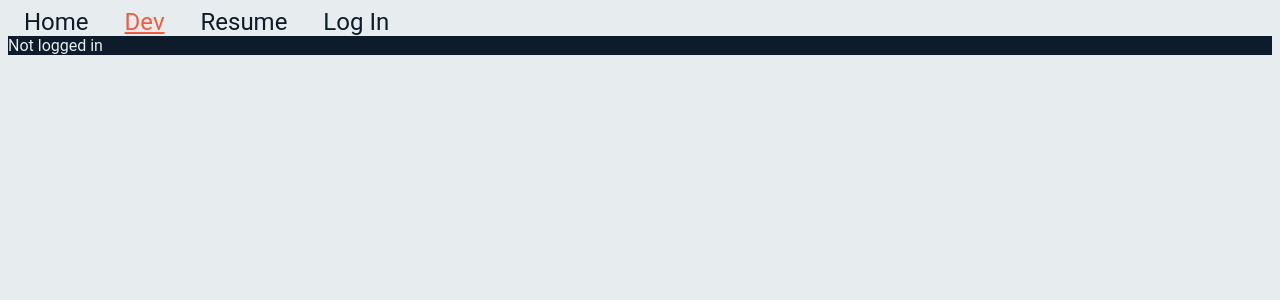
Repository: eghere-bsu/ethanghere-website
Page: http://localhost/dev.php
The author's editor kept a copy of each file at every save. The page is drawn from the files as they stood at one save, then again after the next save.
The browser window is 1280 px wide. The pictures show the whole page.
The page is run by PHP 8.4 with error messages shown; the project is at /var/www/html/.

Above is the page before, as saved 2023-11-06 17:09:31.

After the next save:
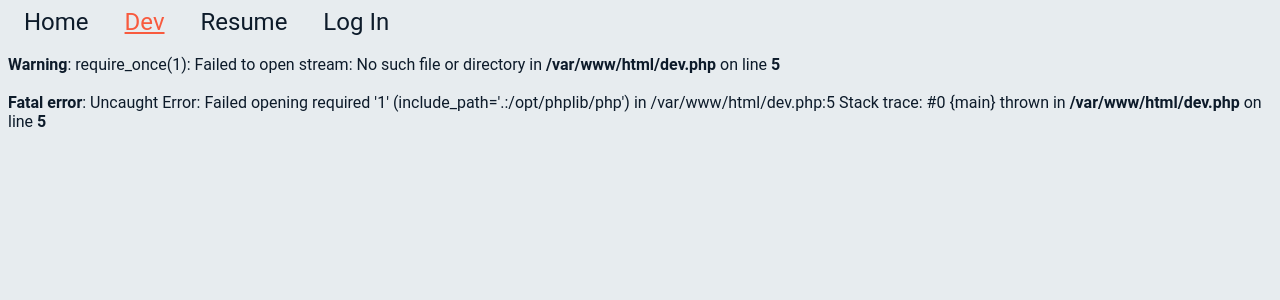
Saved 2 min 43 s later.
--- a/dev.php
+++ b/dev.php
@@ -1,6 +1,7 @@
 <?php
    $page = 'dev';
    require_once 'navbar.php';
+   require_once
    require_once 'Dao.php';
    $dao = new Dao();
    $display = 'none';
@@ -11,6 +12,8 @@
       }
    }
 ?>
+
+
 <div style="<?php echo 'display: ' . $display . ';'?>">
    <h1>Add a New Post</h1>
    <form action="post_handler.php" method="post" enctype="multipart/form-data">

After the save that followed:
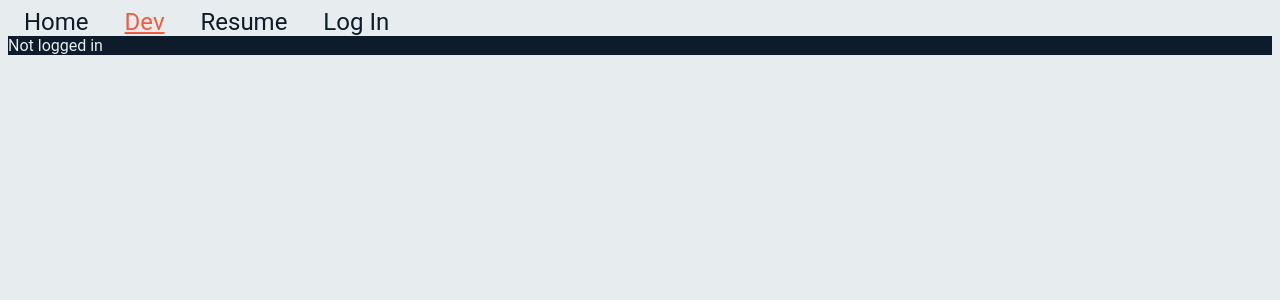
Saved 115 s later.
--- a/dev.php
+++ b/dev.php
@@ -1,7 +1,6 @@
 <?php
    $page = 'dev';
    require_once 'navbar.php';
-   require_once
    require_once 'Dao.php';
    $dao = new Dao();
    $display = 'none';
